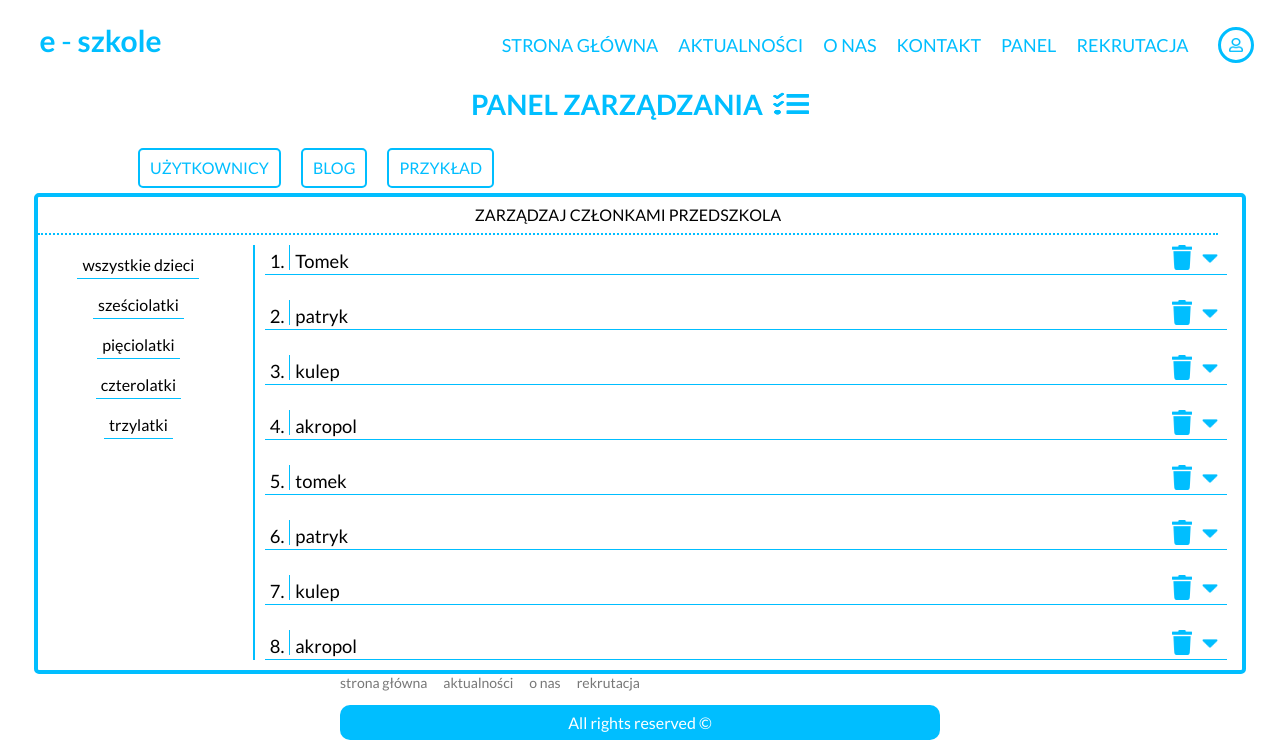
Repository: Votex874/e-szkole
Page: /panel (app in app/)
These files come from the project's save history. The page is drawn as it stood at one moment and after the next save; the edit follows.
The browser window is 1280 px wide. The pictures show the whole page.
The project was rebuilt for these pictures with package versions that can differ from the ones it lists, and the page was loaded fresh each time. Also part of the build but not shown: app/src/components/News/Title/index.js, app/src/components/News/Content/index.js, app/src/components/News/Avatar/index.js, app/src/components/News/Footer/index.js, app/src/components/News/index.js, app/src/components/AboutUs/Content/index.js, app/src/components/AboutUs/index.js, app/src/components/Graduates/ListItem/index.js and 26 more.

Above is the page before, as saved 2019-04-10 12:55:30.

After the next save:
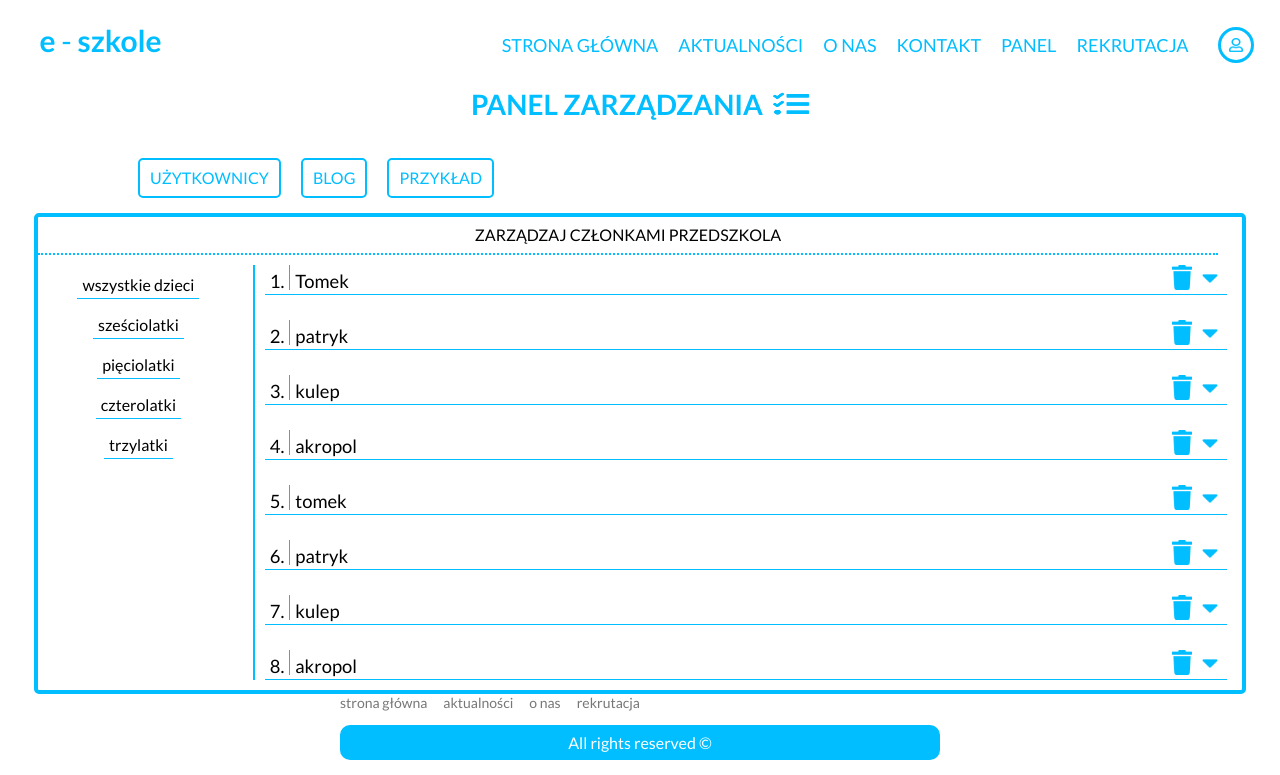
Saved 27 s later.
--- a/app/src/components/PanelOptions/PanelItem/index.js
+++ b/app/src/components/PanelOptions/PanelItem/index.js
@@ -6,7 +6,7 @@
 const SingleItem = styled.li`
   color: ${lightBlue};
   text-transform: uppercase;
-  margin: 5px 10px;
+  margin: 15px 10px;
   padding: 10px;
   border: 2px solid ${lightBlue};
   border-radius: 5px;

After the save that followed:
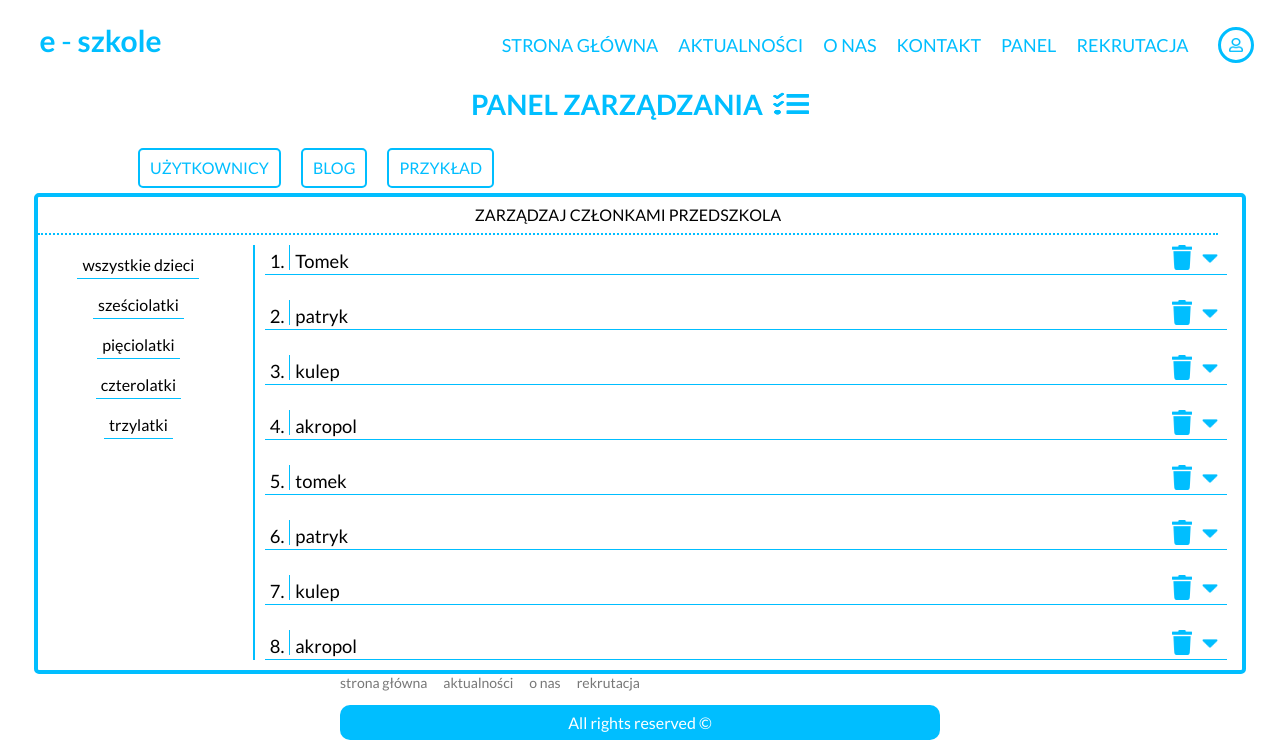
Saved 4 s later.
--- a/app/src/components/PanelOptions/PanelItem/index.js
+++ b/app/src/components/PanelOptions/PanelItem/index.js
@@ -6,7 +6,7 @@
 const SingleItem = styled.li`
   color: ${lightBlue};
   text-transform: uppercase;
-  margin: 15px 10px;
+  margin: 5px 10px;
   padding: 10px;
   border: 2px solid ${lightBlue};
   border-radius: 5px;
